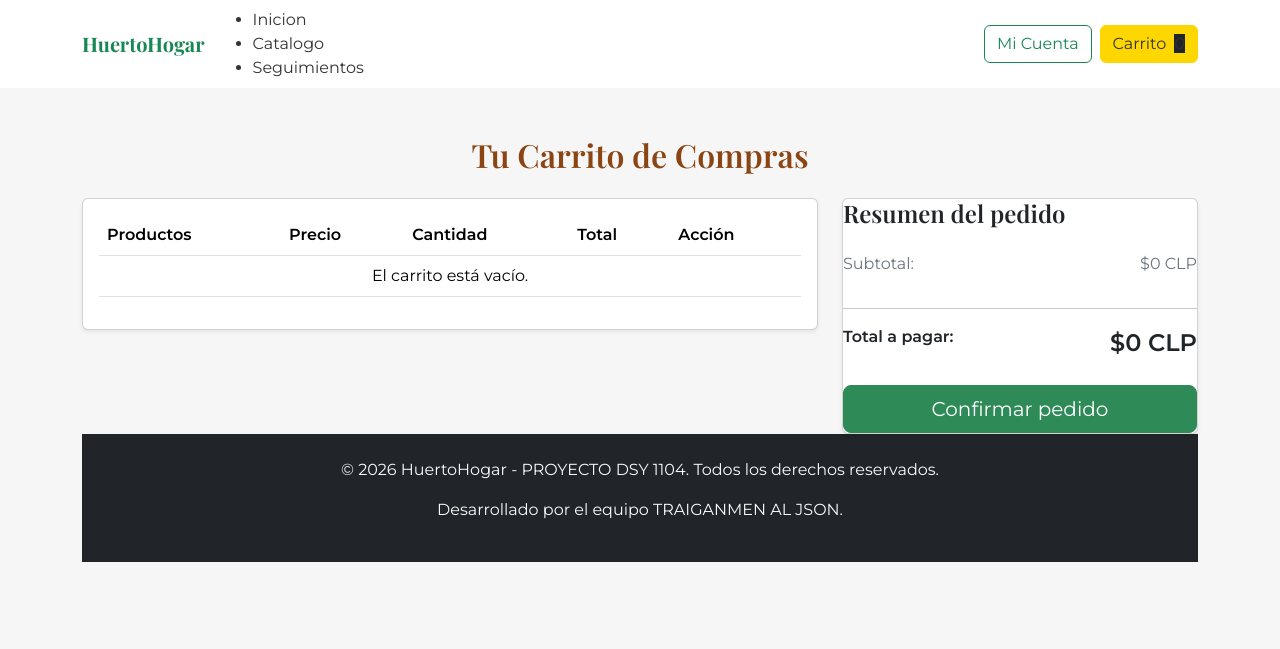
Repository: RottZen/Ev_1_Huerto_Hogar
Page: 3_carrito/carrito.html
These files come from the project's save history. The page is drawn as it stood at one moment and after the next save; the edit follows.
The browser window is 1280 px wide. The pictures show the whole page.

Above is the page before, as saved 2026-09-08 00:13:12.

### 3_carrito/carrito.html
<!DOCTYPE html>
<html lang="es">
<head>
    <meta charset="UTF-8">
    <meta name="viewport" content="width=device-width, initial-scale=1.0">
    <title>Carrito de Compras - HuertoHogar</title>

    <!-- Bootstrap y Fuentes -->
    <link href="https://cdn.jsdelivr.net/npm/bootstrap@5.3.2/dist/css/bootstrap.min.css" rel="stylesheet">
    <link href="https://fonts.googleapis.com/css2?family=Montserrat:wght@400;600&family=Playfair+Display:wght@600;700&display=swap" rel="stylesheet">

    <!-- CSS del Proyecto -->
    <link rel="stylesheet" href="../7_comunes/global.css">
    <link rel="stylesheet" href="carrito.css">
    <link rel="stylesheet" href="../7_comunes/global.css">

</head>
<body>

    <!--HEADER -->

    <header>
        <nav class="navbar navbar-expand-lg nav-light bg-white shadow-ms">
            <div class="container">
                <a class="navbar-brand text-success" style="font-family: 'Playfair Display', serif; font-weight: 700;" href="../1_inicio/index.HTML">HuertoHogar</a>
                <button class="navbar-toggler" type="button" data-bs-togle="collapse" data-bs-target="#menuNavegacion">
                    <span class="navbar-toggler-icon"></span>
                </button>

                <div class="collapse navbar-collapse" id="menuNavegacion">
                    <ul class="navbar-nav- me-auto mb-2 mb-lg-0">
                        <li class="nav-item"><a class="nav-link" href="../1_inicio/index.html">Inicion</a></li>
                        <li class="nav-item"><a class="nav-link" href="../2_catalogo/catalogo.html">Catalogo</a></li>
                        <li class="nav-item"><a class="nav-link" href="../6_seguimiento/rastreo.htm">Seguimientos</a></li>
                    </ul>
                    <div class="d-flex gap-2">
                        <a href="../4_autenticacion/registro.html" class="btn btn-outline-success">Mi Cuenta</a>
                        <!-- boton del carrito de compras con contador dinamico js KU -->
                        <a href="../3_carrito/carrito.html" class="btn btn-warning">
                            Carrito <span class="bdge bg-dark ms-1" id="contador-carrito">0</span>
                        </a>
                    </div>
                </div>
            </div>
        </nav>
    </header>


    <main class = "container my-5">
        <h2 class="mb-4 text-center">Tu Carrito de Compras</h2>
        <div class="row">
            <!-- Columna izquierda: Lista de productos en el carrito -->
             <div class="col-lg-8 mb-4">
                <div class="card shadow-sm">
                    <div class="card-body">
                        <div class="table-responsive">
                            <table class="table align-middle">
                                <thead>
                                    <tr>
                                        <th>Productos</th>
                                        <th>Precio</th>
                                        <th>Cantidad</th>
                                        <th>Total</th>
                                        <th>Acción</th>
                                    </tr>
                                </thead>
                                <!-- contenedor dinamico para JS -->
                                 <tbody id="tabla-carrito">
                                    <tr>
                                        <td colspan="5" class="text-center">El carrito está vacío.</td>
                                    </tr>
                                 </tbody>
                            </table>
                        </div>
                    </div>
                </div>
             </div>

        <!-- columna derecha: Resumen del pedido y confirmacion pedido-->
        <div class="col-lg-4">
            <div class="card shadow-sm">
                <h4 class = "card-title mb-4"> Resumen del pedido</h4>

                <div class="d-flex justify-content-between mb-3 text-secondary">
                    <span>Subtotal:</span>
                    <span id="subtotal-carrito">$0 CLP </span>
                </div>

                <hr>
                <div class="d-flex justify-content-between mb-4">
                    <strong>Total a pagar:</strong>
                    <strong id="total-carrito"  class="fs-4 text-dark">$0 CLP</strong>
                </div>
                <!-- boton procesar compra -->
                <button class="btn btn-primary w-100 btn-lg" id="btn-confirmar">Confirmar pedido</button>
            </div>
        </div>
        </div>

        <footer class="bg-dark text-light py-4 mt-auto">
            <div class="container text-center">
                <p>&copy; 2026 HuertoHogar - PROYECTO DSY 1104. Todos los derechos reservados.</p>
                <p>Desarrollado por el equipo TRAIGANMEN AL JSON.</p>
            </div>
        </footer>

        <script src="../7_comunes/datos.js"></script>
        <script src="carrito.js"></script>



    </main>

</body>
</html>

### 7_comunes/global.css
/* tipografia */
@import url('https://fonts.googleapis.com/css2?family=Montserrat:wght@400;600&family=Playfair+Display:wght@600;700&display=swap');

/* variable colores of */
:root{
    --blanco-suave: #f6f6f6;
    --verde-esmeralda: #2e8b57;
    --amarillo-mostaza: #ffd700;
    --marron-claro: #8B4513;
    --gris-oscuro: #333333;
    --gris-medio: #666666;

}

/* configuracion base */
body{
    background-color: var(--blanco-suave);
    color : var(--gris-oscuro);
    font-family: 'Montserrat', sans-serif;
}

h1, h2, h3, h4{
    font-family: 'Playfair Display', serif;
    color: var(--marron-claro)
}


/* sobreescribir botones feos de bootstrap */

.btn-primary{
    background-color: var(--verde-esmeralda) !important;
    border-color: var(--verde-esmeralda) !important;
    color: white !important;
}
.btn-primary:hover{
    background-color: #246b43 !important; /*mas oscurito pa q se note la interaccion */
    border-color: #246b43 !important;
}
.btn-warning{
    background-color: var(--amarillo-mostaza) !important;
    border-color: var(--amarillo-mostaza) !important;
    color: var(--gris-oscuro) !important;
}

### 3_carrito/carrito.css
/* limite radio y ancho del ctrl cantidad  */
.input-cantidad {
  max-width: 80px;
  text-align: center;
  border: 1px solid #ccc;
  border-radius: 4px;
  padding: 5px;
}
/* efecto cursor sobre products */
#tabla-carrito tr:hover{
    background-color: rgba(46, 139, 87, 0.05); /* Verde esmeralda bn suave */
    transition: background-color 0.2s ease-in-out;

}
/* resaltar total */
#total-carrito{
    font-weight: 700;
    color: #2e8b57; /* Verde esmeralda */

}
/* dimenciones miniaturas productos */
.img-carrito{
    width: 60px;
    height: 60px;
    object-fit: cover;
    border-radius: 6px;
    border: 1px solid #eaeaea;

}

.btn-eliminar{
    width: 35px;
    height: 35px;
    padding: 0;
    display: 	flex;
    align-items: center;
    justify-content: center;
}

### 7_comunes/datos.js
const productos = [
    {
        "Codigo": "FR001",
        "nombre": "Manzanas fuji",
        "categoria": "frutas",
        "precio": 1200,
        "unidad": "kg",
        "imagen": "../img/manzanas-fuji.jpg",
        "descripcion": "Jugosas y ricas en vitamina C, ideales para zumos frescos y refrescantes.",
        "origen": "Chile",
        "stock": 200
    },
    {
        "Codigo": "FR002",
        "nombre": "Naranjas Valencia",
        "categoria": "frutas",
        "precio": 1000,
        "unidad": "kg",
        "imagen": "../img/naranjas-valencia.jpg",
        "descripcion": "Jugosas y ricas en vitamina C, ideales para zumos frescos y refrescantes.",
        "origen": "Chile",
        "stock": 200
    },
    {
        "Codigo": "FR003",
        "nombre": "Plátanos Cavendish",
        "categoria": "frutas",
        "precio": 800,
        "unidad": "kg",
        "imagen": "../img/platanos-cavendish.jpg",
        "descripcion": "Plátanos maduros y dulces, perfectos para el desayuno o como snack energético.",
        "origen": "Chile",
        "stock": 250
    },
    {
        "Codigo": "VR001",
        "nombre": "Zanahorias Orgánicas",
        "categoria": "verduras",
        "precio": 900,
        "unidad": "kg",
        "imagen": "../img/zanahorias-organicas.jpg",
        "descripcion": "Zanahorias crujientes cultivadas sin pesticidas. Excelente fuente de vitamina A y fibra.",
        "origen": "Región de O'Higgins",
        "stock": 100
    },
    {
        "Codigo": "VR002",
        "nombre": "Espinacas Frescas",
        "categoria": "verduras",
        "precio": 700,
        "unidad": "bolsa 500g",
        "imagen": "../img/espinacas-frescas.jpg",
        "descripcion": "Espinacas frescas y nutritivas, perfectas para ensaladas y batidos verdes.",
        "origen": "Chile",
        "stock": 80
    },
    {
        "Codigo": "VR003",
        "nombre": "Pimientos Tricolores",
        "categoria": "verduras",
        "precio": 1500,
        "unidad": "kg",
        "imagen": "../img/pimientos-tricolores.jpg",
        "descripcion": "Pimientos rojos, amarillos y verdes, ideales para salteados y platos coloridos.",
        "origen": "Chile",
        "stock": 120
    },
    {
        "Codigo": "PO001",
        "nombre": "Miel Orgánica",
        "categoria": "organicos",
        "precio": 5000,
        "unidad": "frasco 500g",
        "imagen": "../img/miel-organica.jpg",
        "descripcion": "Miel pura y orgánica producida por apicultores locales. Rica en antioxidantes y con un sabor inigualable.",
        "origen": "Región de La Araucanía",
        "stock": 50
    },
    {
        "Codigo": "PO003",
        "nombre": "Quinua Orgánica",
        "categoria": "organicos",
        "precio": 3200,
        "unidad": "bolsa 1kg",
        "imagen": "../img/quinua-organica.jpg",
        "descripcion": "Quinua orgánica, alta en proteínas y libre de gluten, ideal para una alimentación saludable.",
        "origen": "Chile",
        "stock": 35
    },
    {
        "Codigo": "PL001",
        "nombre": "Leche Entera",
        "categoria": "lacteos",
        "precio": 1100,
        "unidad": "litro",
        "imagen": "../img/leche-entera.jpg",
        "descripcion": "Leche entera proveniente de granjas locales, rica en calcio y nutrientes esenciales.",
        "origen": "Chile",
        "stock": 90
    }
];


function obtenerCarrito() {
    const carritoGuardado = localStorage.getItem("carritoHuertoHogar");
    return carritoGuardado ? JSON.parse(carritoGuardado) : [];
}

function guardarCarrito(carrito) {
    localStorage.setItem("carritoHuertoHogar",JSON.stringify(carrito));
    actualizarContadorCarrito()
}

function agregarAlCarrito(codProducto,cantidad = 1) {
    const producto = productos.find(p => p.Codigo == codProducto);
    if (!producto){
        console.error("Producto no encontrado");
        return;
    }
    const carrito = obtenerCarrito();
    const itemExistente = carrito.find(item => item.Codigo == codProducto);
    if (itemExistente) {
        itemExistente.cantidad += cantidad;
    } else {
        carrito.push({
            "Codigo" : producto.Codigo,
            "nombre" : producto.nombre,
            "precio" : producto.precio,
            "imagen" : producto.imagen,
            "cantidad" : cantidad
        });
    }
    guardarCarrito()
}

function eliminarDelCarrito(codProducto) {
    let carrito = obtenerCarrito();
    carrito = carrito.filter(item => item.Codigo !== codProducto);
    guardarCarrito(carrito);
    renderizarCarrito();
}

function actualizarCantidad(codProducto, nuevaCantidad) {
    const carrito = obtenerCarrito();
    const item = carrito.find(item => item.Codigo === codProducto);

    if (item && nuevaCantidad > 0) {
        item.cantidad = nuevaCantidad;
        guardarCarrito(carrito);
        renderizarCarrito();
    }
}

function calcularTotalCarrito() {
    const carrito = obtenerCarrito();
    return carrito.reduce((total, item) => total + (item.precio * item.cantidad), 0);
}

function actualizarContadorCarrito() {
    const contador = document.querySelector(".contador-carrito");
    if (!contador) {
        return;
    }
    const carrito = obtenerCarrito();
    const productostotales = carrito.reduce((total, item) => total + item.cantidad, 0);
    contador.textContent = productostotales;
}

function renderizarProductos(listaProductos = productos) {
    const contenedor = document.querySelector(".grid-productos");
    if (!contenedor) return;

    contenedor.innerHTML = "";

    listaProductos.forEach(producto => {
        const tarjeta = document.createElement("article");
        tarjeta.classList.add("tarjeta-producto");
        tarjeta.innerHTML = `
            <img src="${producto.imagen}" alt="${producto.nombre}">
            <h3>${producto.nombre}</h3>
            <p class="origen">${producto.origen}</p>
            <p class="precio">$${producto.precio.toLocaleString("es-CL")} / ${producto.unidad}</p>
            <button class="btn" onclick="agregarAlCarrito(${producto.Codigo})">Agregar al carrito</button>
        `;
        contenedor.appendChild(tarjeta);
    });
}

function filtrarPorCategoria(categoria) {
    if (categoria === "todos") {
        renderizarProductos(productos);
    } else {
        const filtrados = productos.filter(p => p.categoria === categoria);
        renderizarProductos(filtrados);
    }
}

// Dibuja el contenido del carrito en carrito.html
function renderizarCarrito() {
    const contenedor = document.querySelector(".lista-carrito");
    if (!contenedor) return;

    const carrito = obtenerCarrito();
    contenedor.innerHTML = "";

    if (carrito.length === 0) {
        contenedor.innerHTML = "<p>Tu carrito está vacío.</p>";
    } else {
        carrito.forEach(item => {
            const fila = document.createElement("div");
            fila.classList.add("item-carrito");
            fila.innerHTML = `
                <img src="${item.imagen}" alt="${item.nombre}">
                <span>${item.nombre}</span>
                <input type="number" min="1" value="${item.cantidad}"
                    onchange="actualizarCantidad(${item.Codigo}, parseInt(this.value))">
                <span>$${(item.precio * item.cantidad).toLocaleString("es-CL")}</span>
                <button onclick="eliminarDelCarrito(${item.Codigo})">Eliminar</button>
            `;
            contenedor.appendChild(fila);
        });
    }

    const totalElemento = document.querySelector(".total-carrito");
    if (totalElemento) {
        totalElemento.textContent = `Total: $${calcularTotalCarrito().toLocaleString("es-CL")}`;
    }
}

document.addEventListener("DOMContentLoaded", () => {
    actualizarContadorCarrito();
    renderizarProductos();
    renderizarCarrito();
})

Loaded but not shown: 3_carrito/carrito.js (no copy from this time; the picture is the same without it)

After the next save:
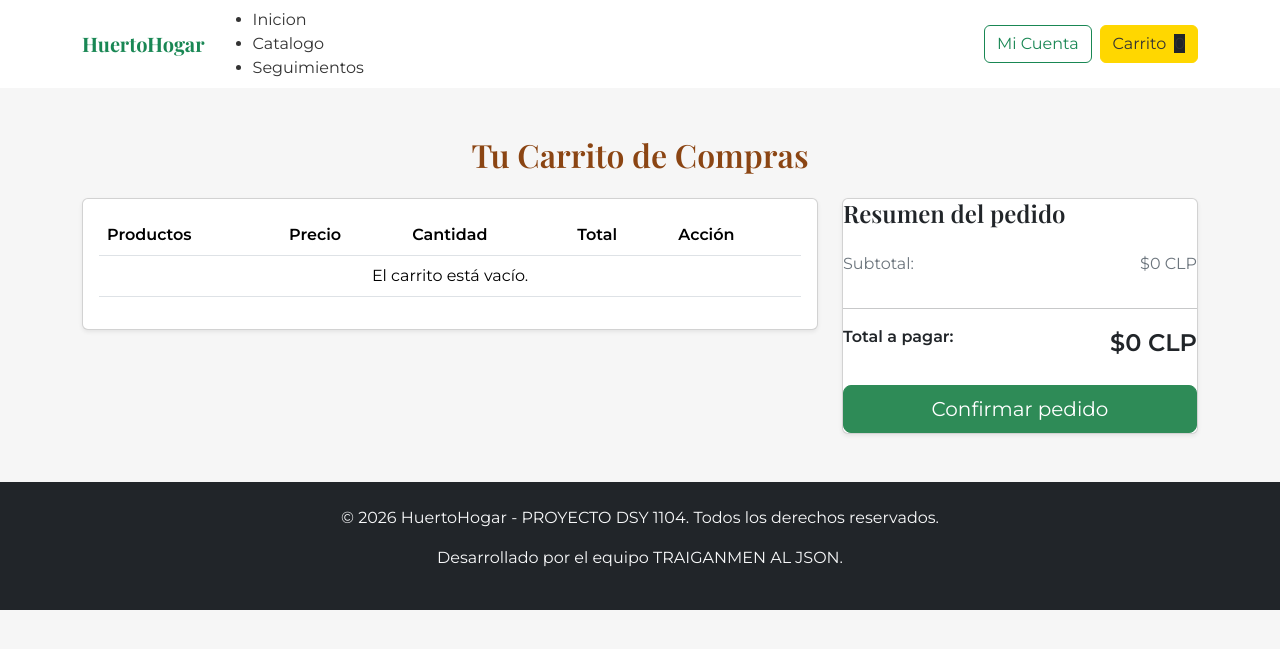
Saved 2 min 49 s later.
--- a/3_carrito/carrito.html
+++ b/3_carrito/carrito.html
@@ -12,7 +12,6 @@
     <!-- CSS del Proyecto -->
     <link rel="stylesheet" href="../7_comunes/global.css">
     <link rel="stylesheet" href="carrito.css">
-    <link rel="stylesheet" href="../7_comunes/global.css">
 
 </head>
 <body>
@@ -96,7 +95,7 @@
             </div>
         </div>
         </div>
-
+    </main>
         <footer class="bg-dark text-light py-4 mt-auto">
             <div class="container text-center">
                 <p>&copy; 2026 HuertoHogar - PROYECTO DSY 1104. Todos los derechos reservados.</p>
@@ -109,7 +108,7 @@
 
 
 
-    </main>
+
 
 </body>
 </html>
